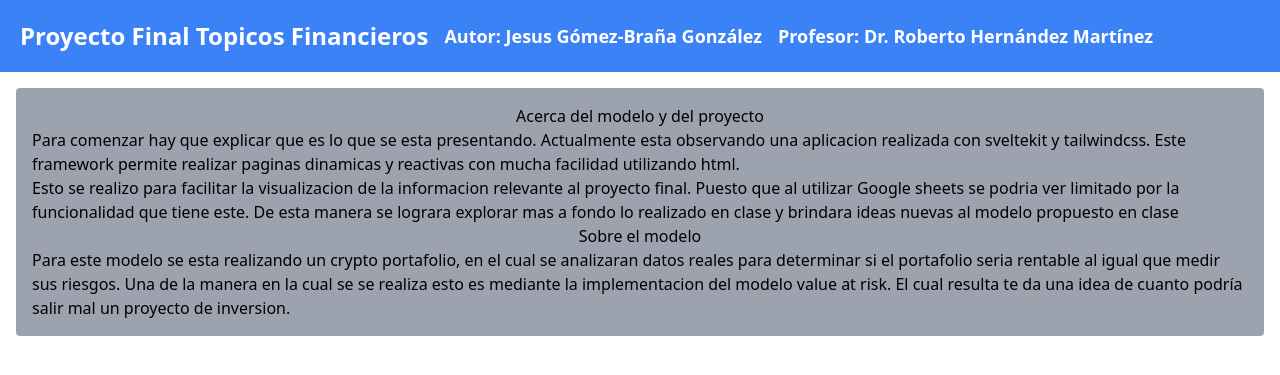
Repository: SistemaACT/Portafolio
Page: /
The author's editor kept a copy of each file at every save. The page is drawn from the files as they stood at one save, then again after the next save.
The browser window is 1280 px wide. The pictures show the whole page.
The project was rebuilt for these pictures with package versions that can differ from the ones it lists, and the page was loaded fresh each time. The framework's server and built-in components were replaced by stand-ins that run in the browser. Also part of the build but not shown: svelte.config.js, vite.config.ts.

Above is the page before, as saved 2024-07-07 00:28:15.

After the next save:
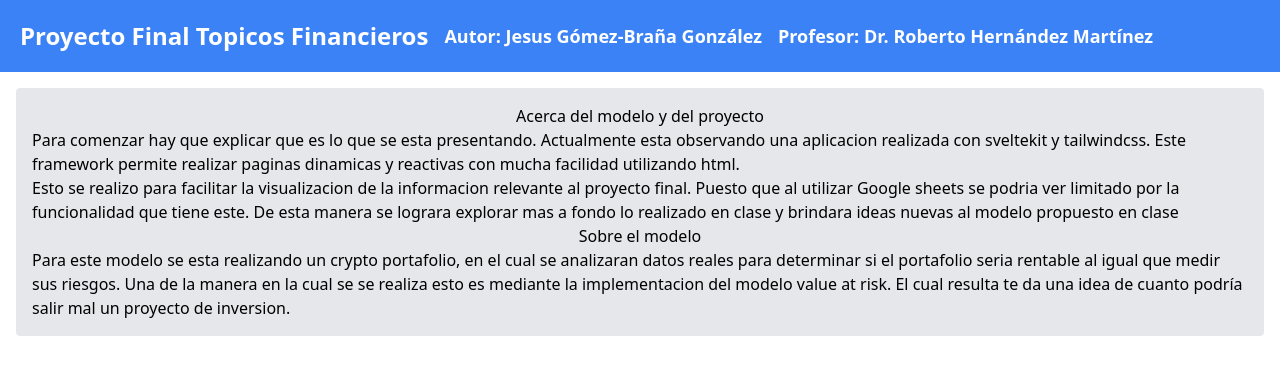
Saved 5 s later.
--- a/src/routes/+page.svelte
+++ b/src/routes/+page.svelte
@@ -7,7 +7,7 @@
 
 </div>
 
-<div class="bg-gray-400 rounded p-4 flex flex-col items-center m-4">
+<div class="bg-gray-200 rounded p-4 flex flex-col items-center m-4">
     <h2>Acerca del modelo y del proyecto</h2>
     <p>
         Para comenzar hay que explicar que es lo que se esta presentando. Actualmente
